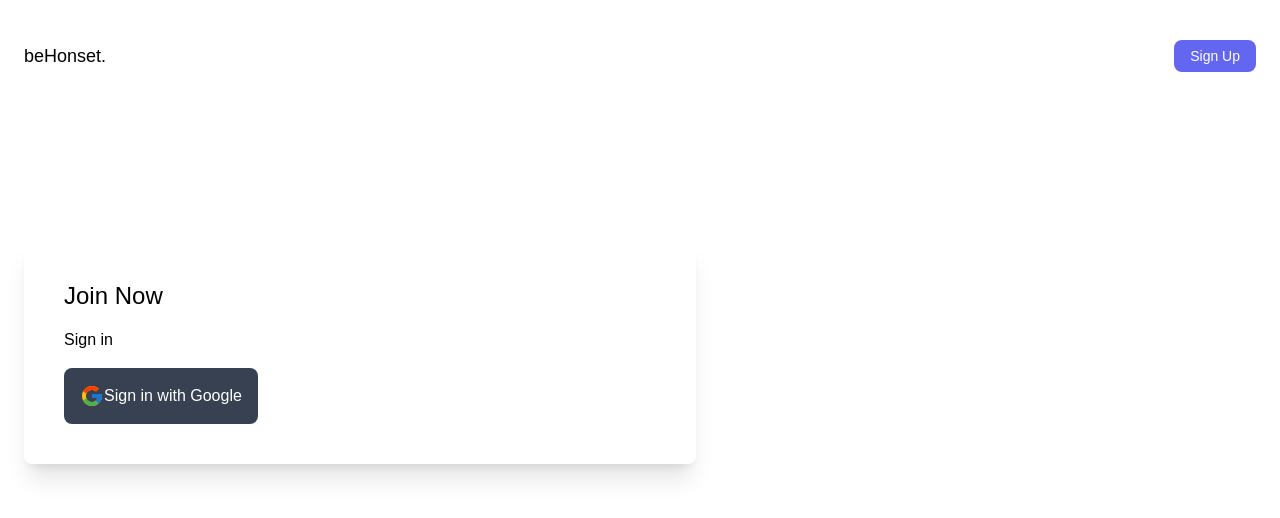
Repository: aidenfine/be-honset
Page: /login
The author's editor kept a copy of each file at every save. The page is drawn from the files as they stood at one save, then again after the next save.
The browser window is 1280 px wide. The pictures show the whole page.
The page's requests for data from a server got no answer. The project was rebuilt for these pictures with package versions that can differ from the ones it lists, and the page was loaded fresh each time. The framework's server and built-in components were replaced by stand-ins that run in the browser. No one was signed in, and anything a server would have sent is missing. Also part of the build but not shown: next.config.js.

Above is the page before, as saved 2022-10-26 20:13:56.

After the next save:
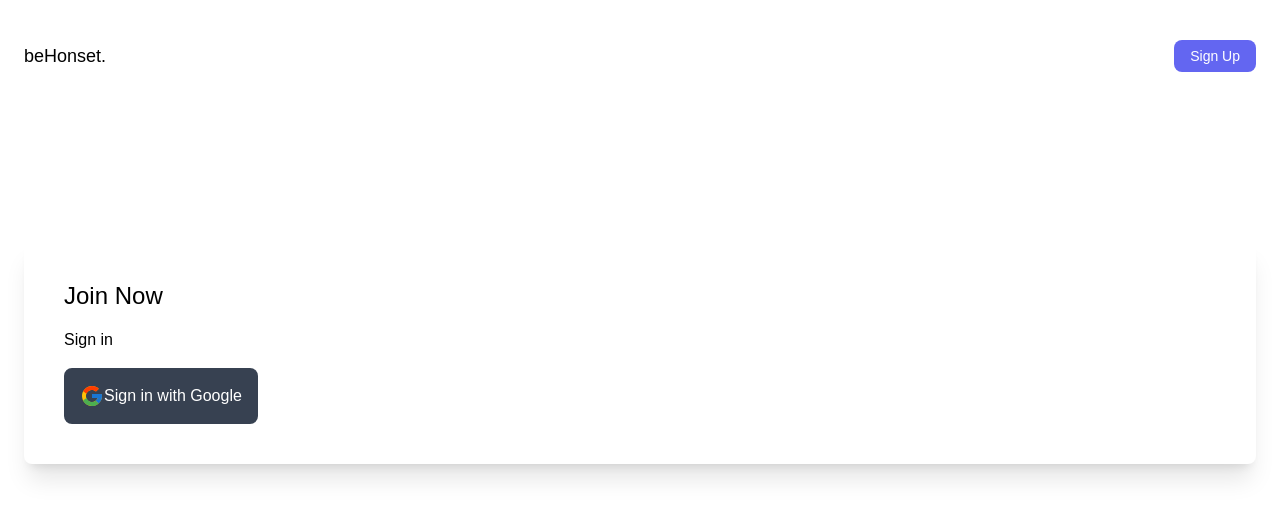
Saved 24 s later.
--- a/pages/login.js
+++ b/pages/login.js
@@ -37,7 +37,7 @@
 
     }, [user]);
     return(
-        <div className="justify-center items-center shadow-xl w-15 md:max-w-2xl mt-32 p-10 text-black rounded-lg bg-white">
+        <div className="justify-center items-center shadow-xl w-15  mt-32 p-10 text-black rounded-lg bg-white">
             <h2 className="text-2xl font-medium">Join Now</h2>
             <div>
                 <h3 className="py-4">Sign in</h3>
